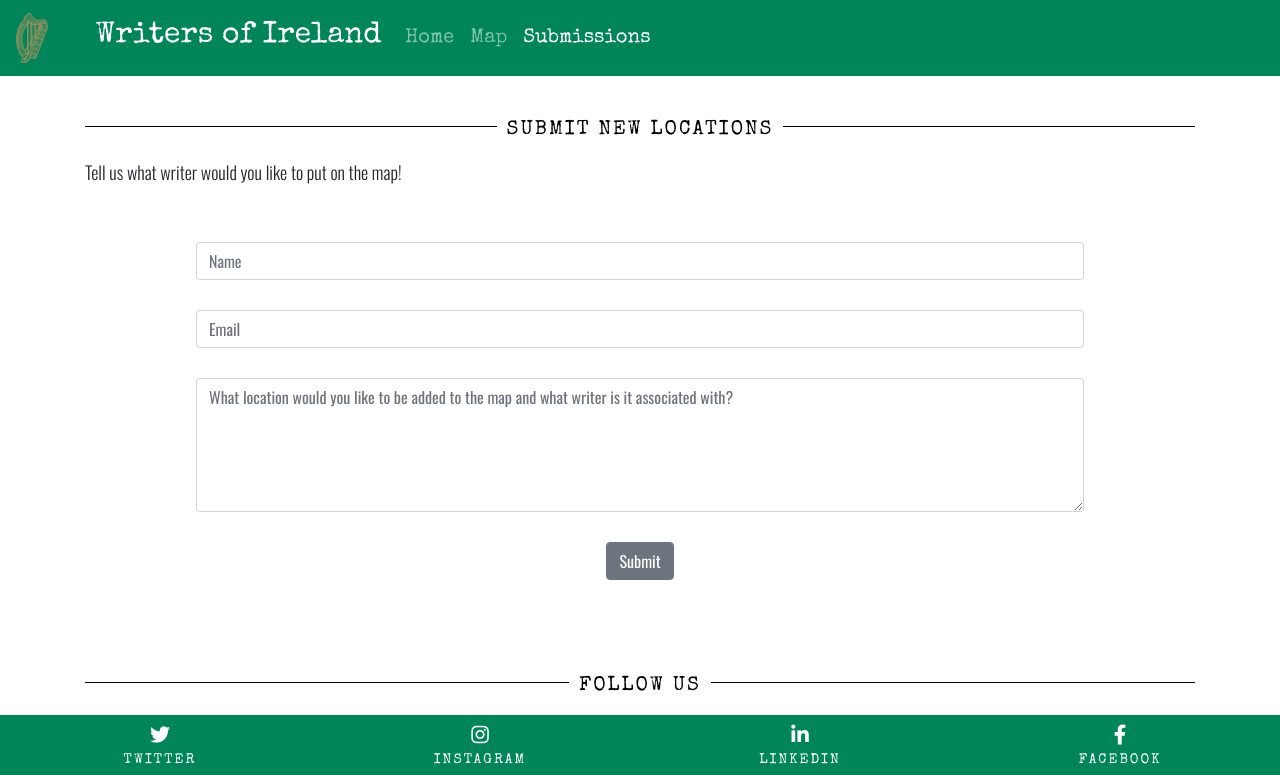
Repository: DarrenCoppinger/milestone-project-2
Page: submissions.html
The author's editor kept a record of every edit. The page is drawn from the files as they stood at one moment, then again after the next edit.
The browser window is 1280 px wide. The pictures show the whole page.
Some web libraries are served in a nearby version.

Above is the page before.
Console error: ReferenceError: emailjs is not defined

### submissions.html
<!DOCTYPE html>
<html lang="en">

<head>
    <meta charset="UTF-8">
    <meta name="viewport" content="width=device-width, initial-scale=1.0">
    <meta http-equiv="X-UA-Compatible" content="ie=edge">
    <link rel="stylesheet" href="https://stackpath.bootstrapcdn.com/bootstrap/4.3.1/css/bootstrap.min.css" type="text/css" />
    <link rel="stylesheet" href="https://use.fontawesome.com/releases/v5.8.2/css/all.css" integrity="sha384-oS3vJWv+0UjzBfQzYUhtDYW+Pj2yciDJxpsK1OYPAYjqT085Qq/1cq5FLXAZQ7Ay" crossorigin="anonymous">
    <link rel="stylesheet" href="https://cdnjs.cloudflare.com/ajax/libs/hover.css/2.3.1/css/hover-min.css" type="text/css" />
    <link rel="stylesheet" href="assets/css/style.css" type="text/css" />
    <title>Writers of Ireland</title>
    <link rel="shortcut icon" type="image/x-icon" href="./assets/images/favicon.ico" />
    <link rel="icon" type="image/x-icon" href="./favicon.ico" />
    <!--JSEmail-->
    <script type="text/javascript" src="https://cdn.jsdelivr.net/npm/emailjs-com@2.3.2/dist/email.min.js">
    </script>
    <script type="text/javascript">
        (function() {
            emailjs.init("user_TogJB0tfRK922oybFdTcZ");
            // emailjs.send("gmail", "example");
        })();
    </script>
</head>

<body>
    <header>
        <!--Navbar Code-->
        <nav class="navbar navbar-expand-lg navbar-dark bg-color">
            <!--Navbar Logo-->
            <a href="./index.html" class="navbar-brand title"><img class="mr-5" src="./assets/images/irish-harp.png" height ="50" alt="Logo image">Writers of Ireland</a>
            <!--Navbar Logo-->
            <button class="navbar-toggler" type="button" data-toggle="collapse" data-target="#navbarNavAltMarkup" aria-controls="navbarNavAltMarkup" aria-expanded="false" aria-label="Toggle navigation"><span class="navbar-toggler-icon"></span></button>
            <div class="collapse navbar-collapse" id="navbarNavAltMarkup">
                <div class="navbar-nav">
                    <a class="nav-item nav-link" href="./index.html">Home<span class="sr-only">Home</span></a>
                    <a class="nav-item nav-link" href="./map.html">Map<span class="sr-only">Map</span></a>
                    <a class="nav-item nav-link active" href="./submissions.html">Submissions<span class="sr-only">Submissions</span></a>
                </div>
            </div>
        </nav>
    </header>
    <main>
        <section>
            <!--Newsletter Content Divider-->
            <div class="container">
                <div class="row">
                    <div class="col">
                        <h3 class="section-title">
                            <span>Submit new locations</span>
                        </h3>
                    </div>
                </div>
            </div>
            <div class="container">
                <div class="row">
                    <div class="col-12">
                        <p>Tell us what writer would you like to put on the map!</p>
                        <!--Main Content of the Page - Contract Form-->
                        <div class="center-form">
                            <!--<form onsubmit="return sendMail(this);" method="POST">-->
                            <form id="myform" onsubmit="return sendMail(this);">
                                <!--<form onsubmit="return sendMail(this);">-->
                                <input type="text" name="name" class="form-control" id="fullname" placeholder="Name" required/>
                                <input type="text" name="emailaddress" class="form-control" id="emailaddress" placeholder="Email" required/>
                                <textarea rows="5" name="projectsummary" class="form-control" id="projectsummary" placeholder="What location would you like to be added to the map and what writer is it associated with?" required></textarea>
                                <!--<button type="submit" class="btn btn-secondary center-block">Submit</button>-->
                                <div class="form-row text-center ">
                                    <div class="col">
                                        <button type="submit" class="btn btn-secondary">Submit</button>
                                    </div>
                                </div>
                            </form>
                        </div>
                    </div>
                </div>
            </div>
        </section>
    </main>
    <!--FOOTER-->
    <footer class="footer">
        <!--Footer Content Divider-->
        <div class="container">
            <div class="row">
                <div class="col">
                    <h3 class="section-title">
                        <span>Follow Us</span>
                    </h3>
                </div>
            </div>
        </div>
        <!--Social Media Link Buttons-->
        <div class="container-fluid social-media-bar">
            <div class="row no-gutters">
                <div class="col-12">
                    <ul id="foot" class="row list-inline social-links">
                        <li class="col-6 col-md-3 footeritem">
                            <a href="https://twitter.com/#" target="_blank" class="hvr-fade"><i class="fab fa-twitter" aria-hidden="true"></i><span>Twitter</span></a>
                        </li>
                        <li class="col-6 col-md-3 footeritem">
                            <a href="https://www.instagram.com/#" target="_blank" class="hvr-fade"><i class="fab fa-instagram" aria-hidden="true"></i><span>Instagram</span></a>
                        </li>
                        <li class="col-6 col-md-3 footeritem">
                            <a href="https://www.linkedin.com/in/# " target="_blank" class="hvr-fade"><i class="fab fa-linkedin-in" aria-hidden="true"></i><span>LinkedIn</span></a>
                        </li>
                        <li class="col-6 col-md-3 footeritem">
                            <a href="https://www.facebook.com/#" target="_blank" class="hvr-fade"><i class="fab fa-facebook-f" aria-hidden="true"></i><span>Facebook</span></a>
                        </li>
                    </ul>
                </div>
            </div>
        </div>
    </footer>

    <!--My JavaScript Script-->
    <script type="text/javascript" src="assets/js/maps.js"></script>
    <script type="text/javascript" src="assets/js/sendEmail.js"></script>
    <!--JQuery-->
    <script src="https://code.jquery.com/jquery-3.3.1.slim.min.js" integrity="sha384-q8i/X+965DzO0rT7abK41JStQIAqVgRVzpbzo5smXKp4YfRvH+8abtTE1Pi6jizo" crossorigin="anonymous"></script>
    <!--Popper and Bootstrap-->
    <script src="https://cdnjs.cloudflare.com/ajax/libs/popper.js/1.14.7/umd/popper.min.js" integrity="sha384-UO2eT0CpHqdSJQ6hJty5KVphtPhzWj9WO1clHTMGa3JDZwrnQq4sF86dIHNDz0W1" crossorigin="anonymous"></script>
    <script src="https://stackpath.bootstrapcdn.com/bootstrap/4.3.1/js/bootstrap.min.js" integrity="sha384-JjSmVgyd0p3pXB1rRibZUAYoIIy6OrQ6VrjIEaFf/nJGzIxFDsf4x0xIM+B07jRM" crossorigin="anonymous"></script>

</body>

</html>

### assets/css/style.css
@import url('https://fonts.googleapis.com/css?family=Oswald:300,400,700|Special+Elite&display=swap');

/*----------------padding/margins/text----------------s*/
row {
    margin-left: 0;
    margin-right: 0;
}

section {
    font-family: "Oswald", sans-serif;
    font-size: 18px;
    font-weight: 300;
    margin: 50px 0px;
}

section a {
    text-decoration: none;
    color: #008559;
}

.btn:hover {
    color: #A39161;
    background-color: #008559;
    border-color: #e6cf9e;
    text-decoration: none;
}

.section-title {
    color: #000000;
    font-family: "Special Elite", cursive;
    font-weight: 400;
    font-size: 20px;
    letter-spacing: 2px;
    text-align: center;
    text-transform: uppercase;
    border-top: 1px solid #000000;
    padding: 0 20px;
}

.section-title span {
    position: relative;
    top: -9px;
    padding: 0 10px;
    background: #ffffff;
}

.section-title-box {
    margin: 0;
}

main {
    margin: 0;
    padding: 0 0 60px;
}

html {
    position: relative;
    min-height: 100%;
}

body {
    margin: 0 0 60px;
}

.title {
    font-family: "Special Elite", cursive;
    font-weight: 400;
    font-size: 30px;
    text-decoration: none;
}

.title span:hover {
    color: #A39161;
    transition: all .5s ease-in-out;
    -moz-transition: all .5s ease-in-out;
    -webkit-transition: all .5s ease-in-out;
}

.information {
    font-family: "Special Elite", cursive;
    font-weight: 400;
    font-size: 30px;
}

.nav-item {
    font-family: "Special Elite", cursive;
    font-weight: 400;
    font-size: 20px;
}

/*----------------carousel----------------*/
.carousel-container {
    margin: 0;
    padding: 0;
}

/*----------------footer----------------*/
footer {
    color: #000000;
    margin: 50px 0 0;
    padding: 0;
    bottom: 0;
    left: 0;
    position: absolute;
    /*height: 60px;*/
    width: 100%;
}

.footerbar {
    padding: 0;
}

.social-links {
    font-family: "Special Elite", cursive;
    font-weight: 400;
    font-size: 0;
    margin: 0;
    padding: 0;
    background-color: #008559;
}

.social-media-bar {
    margin: 0;
    padding: 0;
}

#foot li {
    font-size: 14px;
    padding: 0;
}

.footeritem {
    text-align: center;
    padding: 0;
    margin: 0;
}

/*-clickable area of footer buttons-*/

.footeritem a {
    width: 100%;
    text-decoration: none;
    color: #ffffff;
    height: 60px;
}

.footeritem a i {
    padding-top: 10px;
    display: block;
    color: #ffffff;
    font-size: 20px;
}

.footeritem span {
    display: block;
    width: 100%;
    padding-top: 5px;
    text-align: center;
    text-transform: uppercase;
    font-size: 14px;
    letter-spacing: 2px;
}

.social-links li a:hover {
    background-color: #A39161;
    color: #ffffff;
}

.list-inline-item:not(:last-child) {
    margin: 0;
}


/*----------------Map----------------*/
#map {
    min-height: 100vh;
}

/*----------------navbar----------------*/
.bg-color {
    background-color: #008559;
}

/*----------------jumbotron----------------*/
.jumbo-color {
    background-color: #dfd2ae;
}

.jumbotron {
    margin-bottom: 75px
}

/*----------------form----------------*/
form {
    margin: 25px 0;
}

.form-control {
    margin-bottom: 30px;
}

.center-form {
    padding-top: 15px;
    margin: 0 auto;
    max-width: 80%;
}

/*----------------PAC----------------*/
.pac-card {
    margin: 10px;
    border-radius: 2px 0 0 2px;
    -moz-box-sizing: border-box;
    -webkit-box-sizing: border-box;
    box-sizing: border-box;
    outline: none;
    box-shadow: 0 2px 6px rgba(0, 0, 0, 0.3);
    background-color: #fff;
    font-family: Roboto;
}

#pac-container {
    padding-bottom: 12px;
    margin-right: 12px;
}

.pac-controls {
    display: inline-block;
    padding: 5px 11px;
}

.pac-controls label {
    font-family: Roboto;
    font-size: 13px;
    font-weight: 300;
}

#pac-input {
    background-color: #fff;
    font-family: Roboto;
    font-size: 15px;
    font-weight: 300;
    margin-left: 12px;
    padding: 0 11px 0 13px;
    text-overflow: ellipsis;
    width: 300px;
}

#pac-input:focus {
    border-color: #4d90fe;
}

#search-title {
    color: #fff;
    background-color: #dfd2ae;
    font-size: 25px;
    font-weight: 500;
    padding: 6px 12px;
}

#infowindow-content {
    display: inline;
}

/*----------------Media Queries----------------s*/

/*Title size in navbar*/
@media(max-width: 576px) {
    .title {
        font-size: 20px;
    }
}

Loaded but not shown: assets/js/maps.js (520 lines, source omitted); assets/js/sendEmail.js (no copy from this time; the picture is the same without it)

After the next edit:
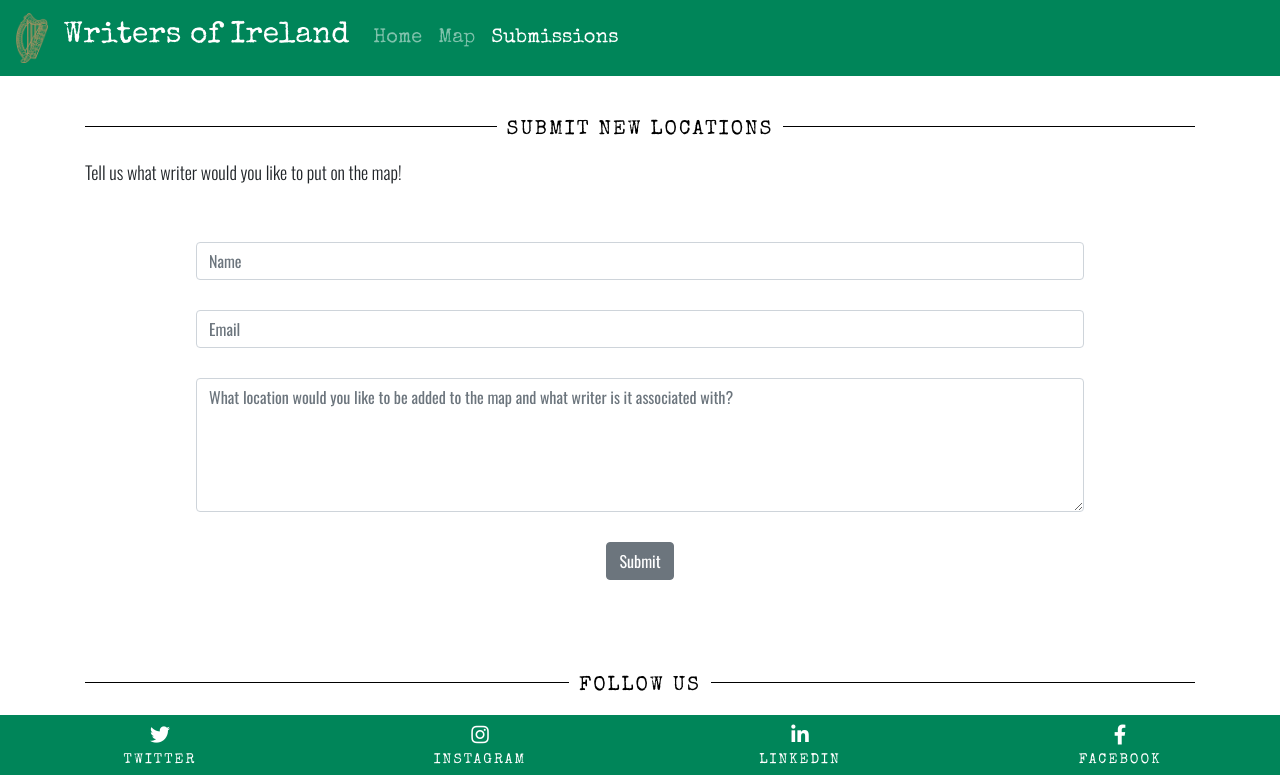
The edit:
--- a/submissions.html
+++ b/submissions.html
@@ -28,7 +28,7 @@
         <!--Navbar Code-->
         <nav class="navbar navbar-expand-lg navbar-dark bg-color">
             <!--Navbar Logo-->
-            <a href="./index.html" class="navbar-brand title"><img class="mr-5" src="./assets/images/irish-harp.png" height ="50" alt="Logo image">Writers of Ireland</a>
+            <a href="./index.html" class="navbar-brand title"><img class="mr-3" src="./assets/images/irish-harp.png" height ="50" alt="Logo image">Writers of Ireland</a>
             <!--Navbar Logo-->
             <button class="navbar-toggler" type="button" data-toggle="collapse" data-target="#navbarNavAltMarkup" aria-controls="navbarNavAltMarkup" aria-expanded="false" aria-label="Toggle navigation"><span class="navbar-toggler-icon"></span></button>
             <div class="collapse navbar-collapse" id="navbarNavAltMarkup">
